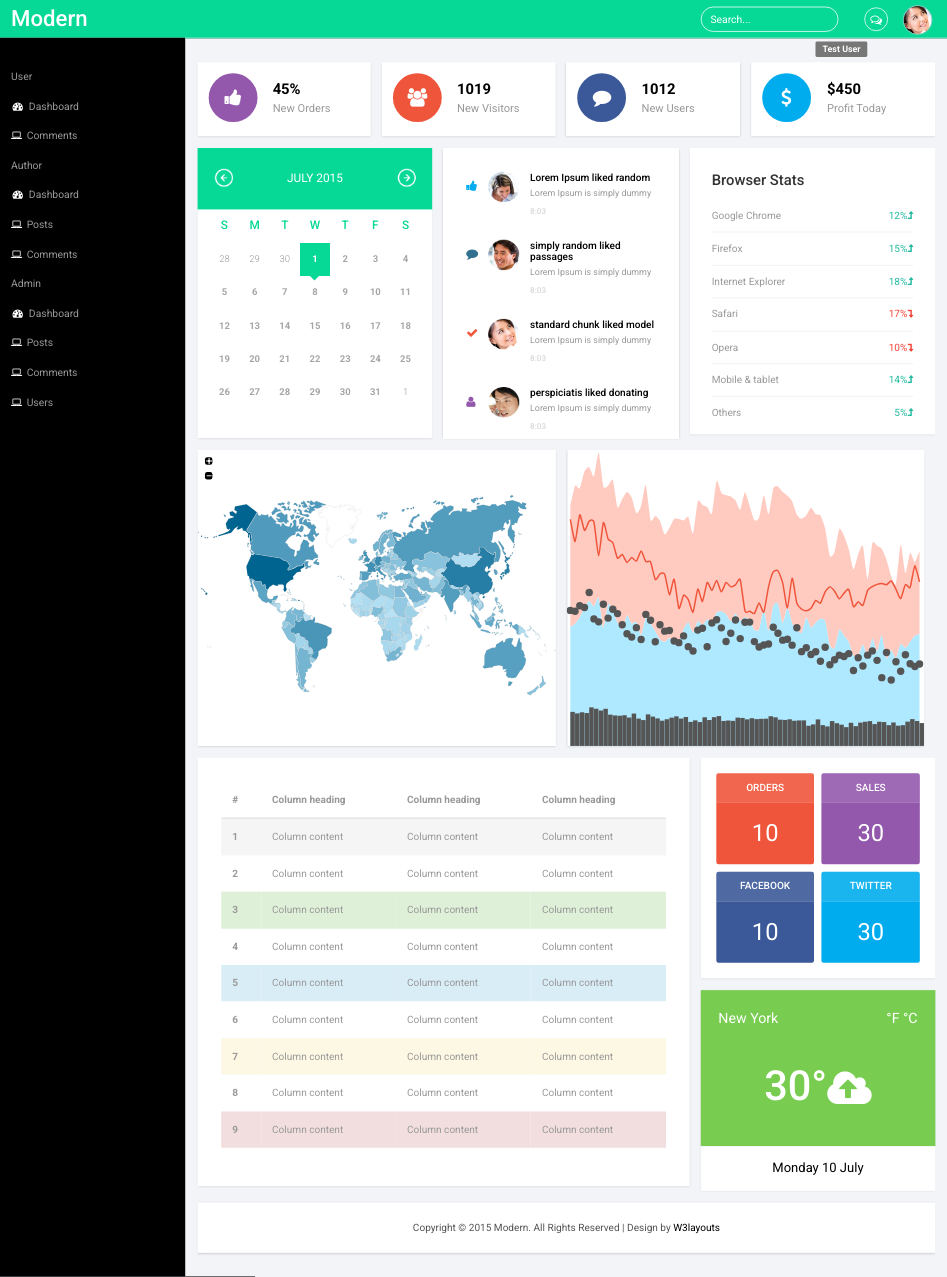
Repository: NomanMustafa/laravel-blog
Page: http://localhost/dashboard
An editor plug-in stored every save of this project. The page is shown before and after the next save, followed by the edit.
The browser window is 1280 px wide. The pictures show the whole page, at 74% of full size.
The page is served by the project's Laravel application, run on PHP 8.4 with Laravel 8. A made-up administrator, Test User (test@example.com), is signed in.

Above is the page before, as saved 2020-07-05 00:53:56.

After the next save:
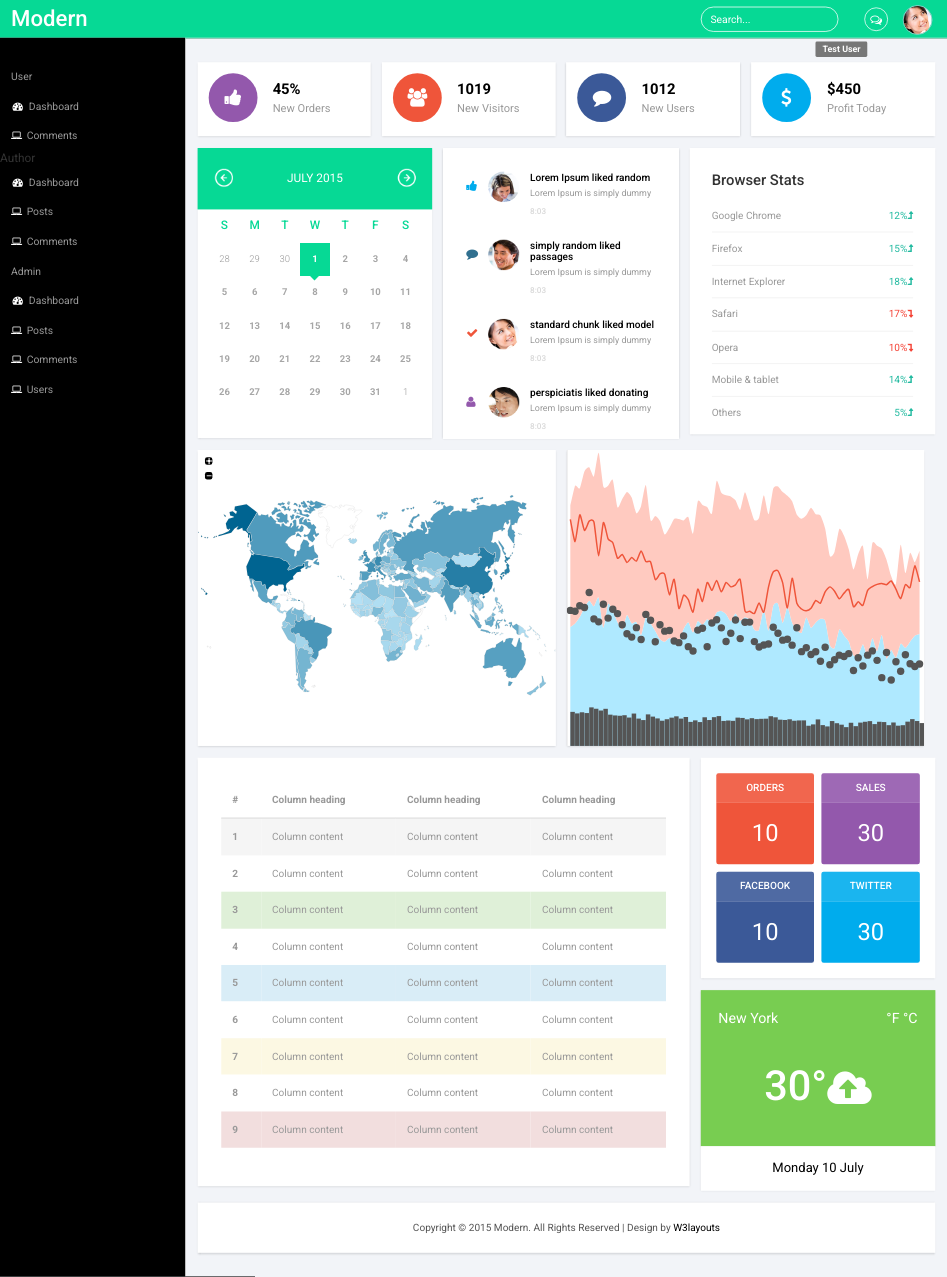
Saved 11 h 36 min later.
--- a/resources/views/includes/admin/sideBar.blade.php
+++ b/resources/views/includes/admin/sideBar.blade.php
@@ -13,7 +13,7 @@
                 <!-- /.nav-second-level -->
             </li>
             <li>
-                <a href="#">Author</a>
+               Author
             </li>
             <li>
                 <a href="index.html"><i class="fa fa-dashboard fa-fw nav_icon"></i>Dashboard</a>

After the save that followed:
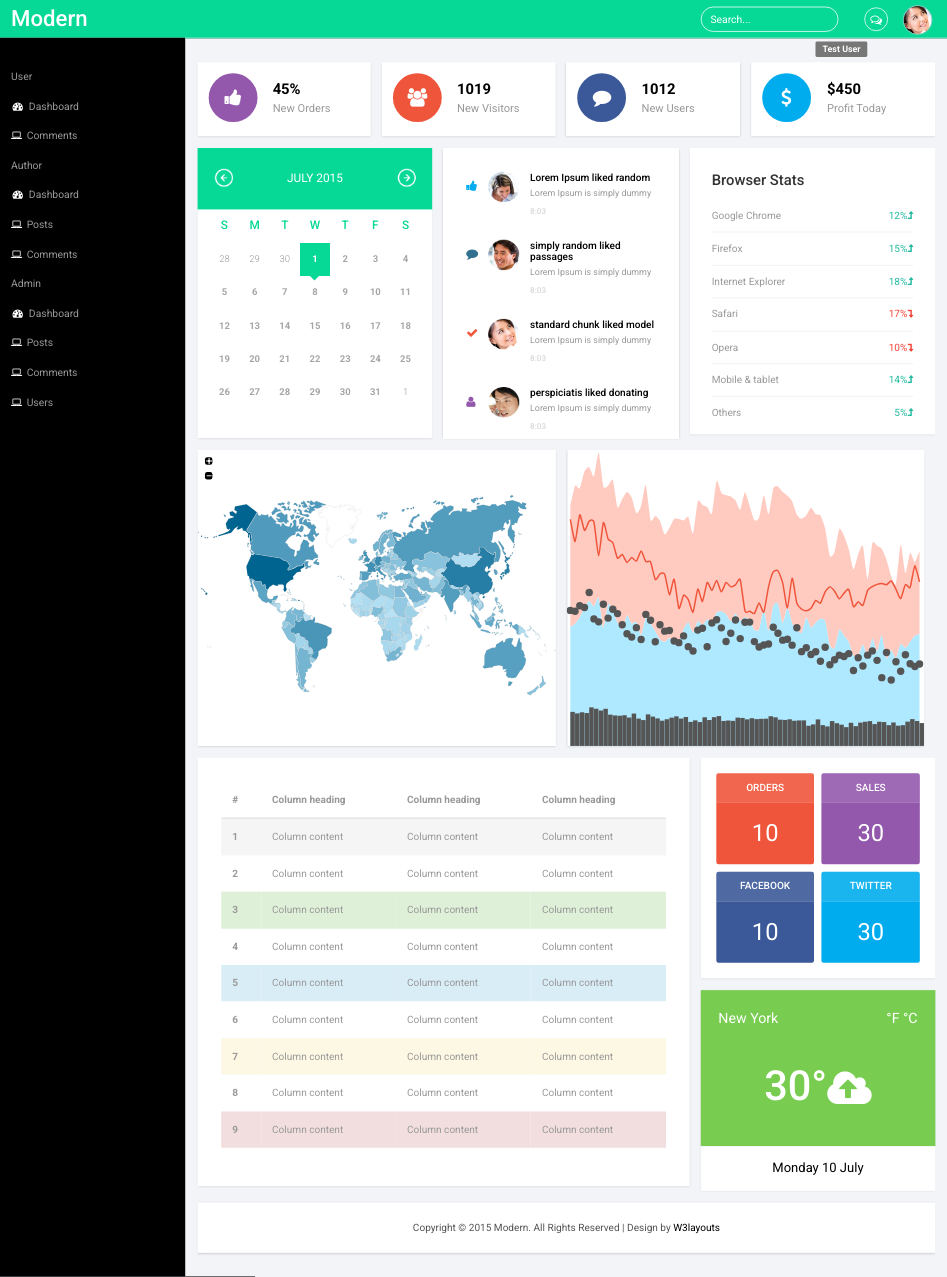
Saved 12 s later.
--- a/resources/views/includes/admin/sideBar.blade.php
+++ b/resources/views/includes/admin/sideBar.blade.php
@@ -13,7 +13,7 @@
                 <!-- /.nav-second-level -->
             </li>
             <li>
-               Author
+                <a href="#">Author</a>
             </li>
             <li>
                 <a href="index.html"><i class="fa fa-dashboard fa-fw nav_icon"></i>Dashboard</a>
